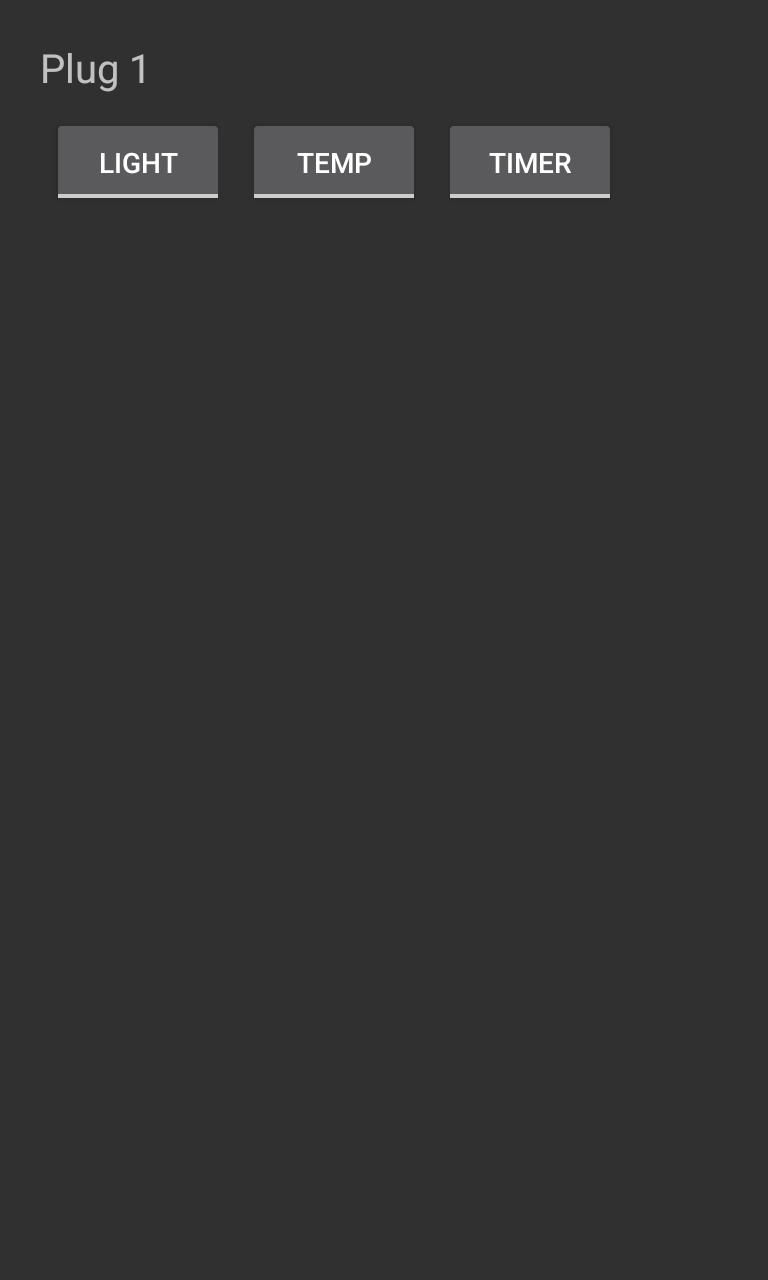
Repository: deanzaka/Shroom-Smart-Terminal
Layout: IOIOShroomST/res/layout/settings.xml
An editor plug-in stored every save of this project. The layout is shown before and after the next save, followed by the edit.
It is drawn on a 768 x 1280 px phone screen (xhdpi) without system bars, with theme Theme.AppCompat; the app's code is not run.

Above is the layout before, as saved 2014-11-17 02:01:46.

After the next save:
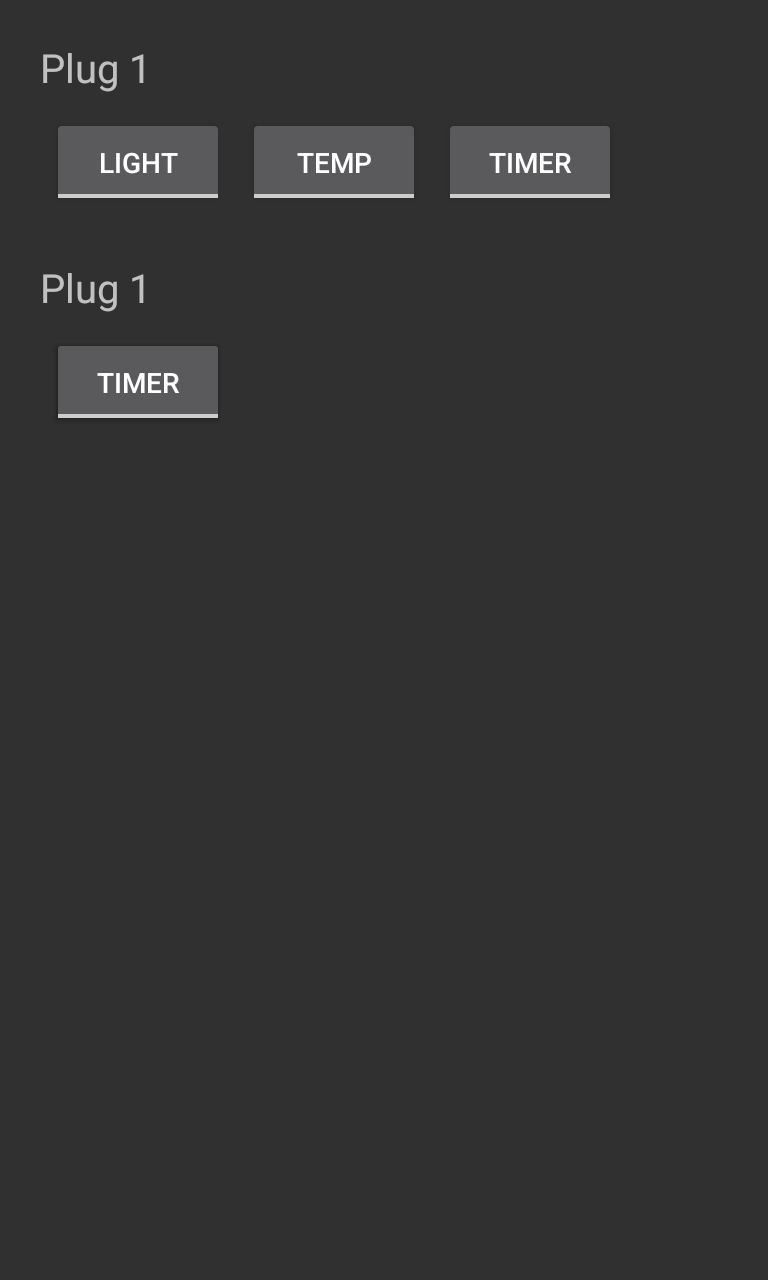
Saved 47 s later.
--- a/IOIOShroomST/res/layout/settings.xml
+++ b/IOIOShroomST/res/layout/settings.xml
@@ -53,4 +53,53 @@
 			/>
 	</RelativeLayout>
 
+	<TextView
+        android:layout_width="wrap_content"
+        android:layout_height="wrap_content"
+        android:layout_marginTop="20dp"
+        android:layout_marginLeft="20dp"
+        android:textSize="20sp"
+        android:text="@string/terminal_1" />
+
+	<RelativeLayout
+	    android:layout_width="match_parent"
+		android:layout_height="wrap_content"
+		android:orientation="horizontal"
+		android:gravity="left"
+		android:paddingLeft="20dp"
+		android:paddingTop="5dp">
+
+	    <ToggleButton
+			android:id="@+id/LightSens2"
+			android:layout_width="wrap_content"
+			android:layout_height="wrap_content"
+			android:layout_margin="5dp"
+			android:text="@string/light_sensor"
+			android:textOn="@string/light_sensor"
+			android:textOff="@string/light_sensor"
+			/>
+
+		<ToggleButton
+			android:id="@+id/TempSens2"
+			android:layout_width="wrap_content"
+			android:layout_height="wrap_content"
+			android:layout_toRightOf="@id/LightSens1"
+			android:layout_margin="5dp"
+			android:text="@string/temp_sensor"
+			android:textOn="@string/temp_sensor"
+			android:textOff="@string/temp_sensor"
+			/>
+
+		<ToggleButton
+			android:id="@+id/Timer2"
+			android:layout_width="wrap_content"
+			android:layout_height="wrap_content"
+			android:layout_toRightOf="@id/TempSens1"
+			android:layout_margin="5dp"
+			android:text="@string/timer"
+			android:textOn="@string/timer"
+			android:textOff="@string/timer"
+			/>
+	</RelativeLayout>
+
 </LinearLayout>
